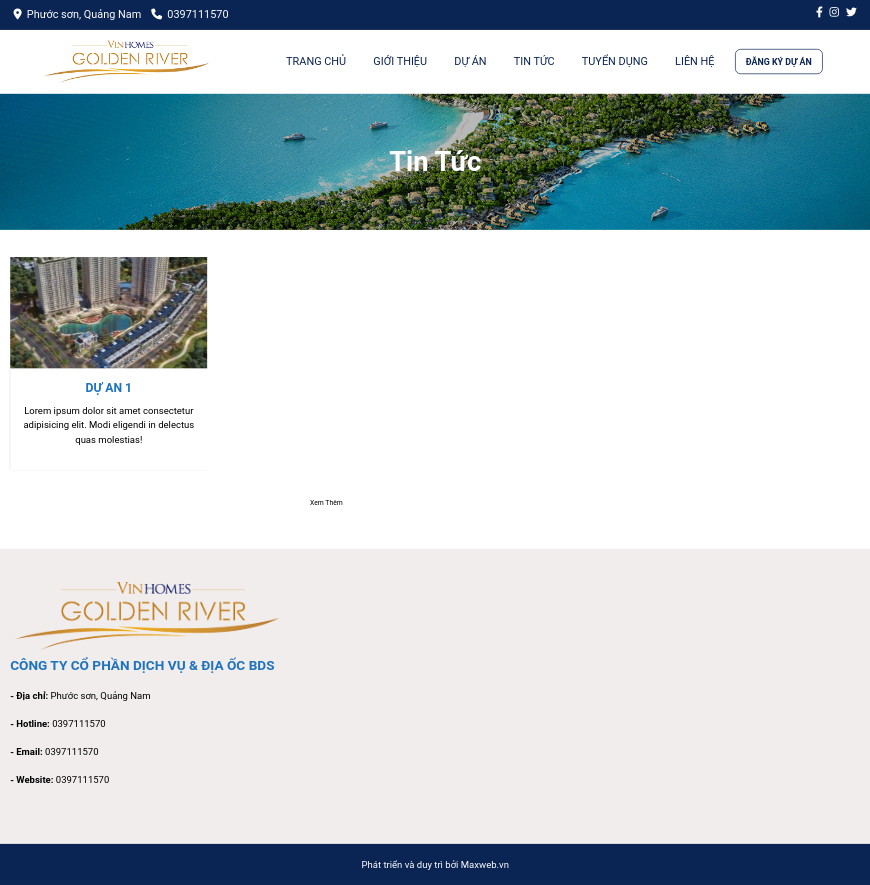
Repository: phamphuc2/fontend-bds
Page: category.html
The author's editor kept a copy of each file at every save. The page is drawn from the files as they stood at one save, then again after the next save.
The browser window is 1280 px wide. The pictures show the whole page, at 68% of full size.
Pictures or frames that could not be fetched are drawn as grey boxes. Some web libraries are served in a nearby version.

Above is the page before, as saved 2022-06-23 16:28:44.

After the next save:
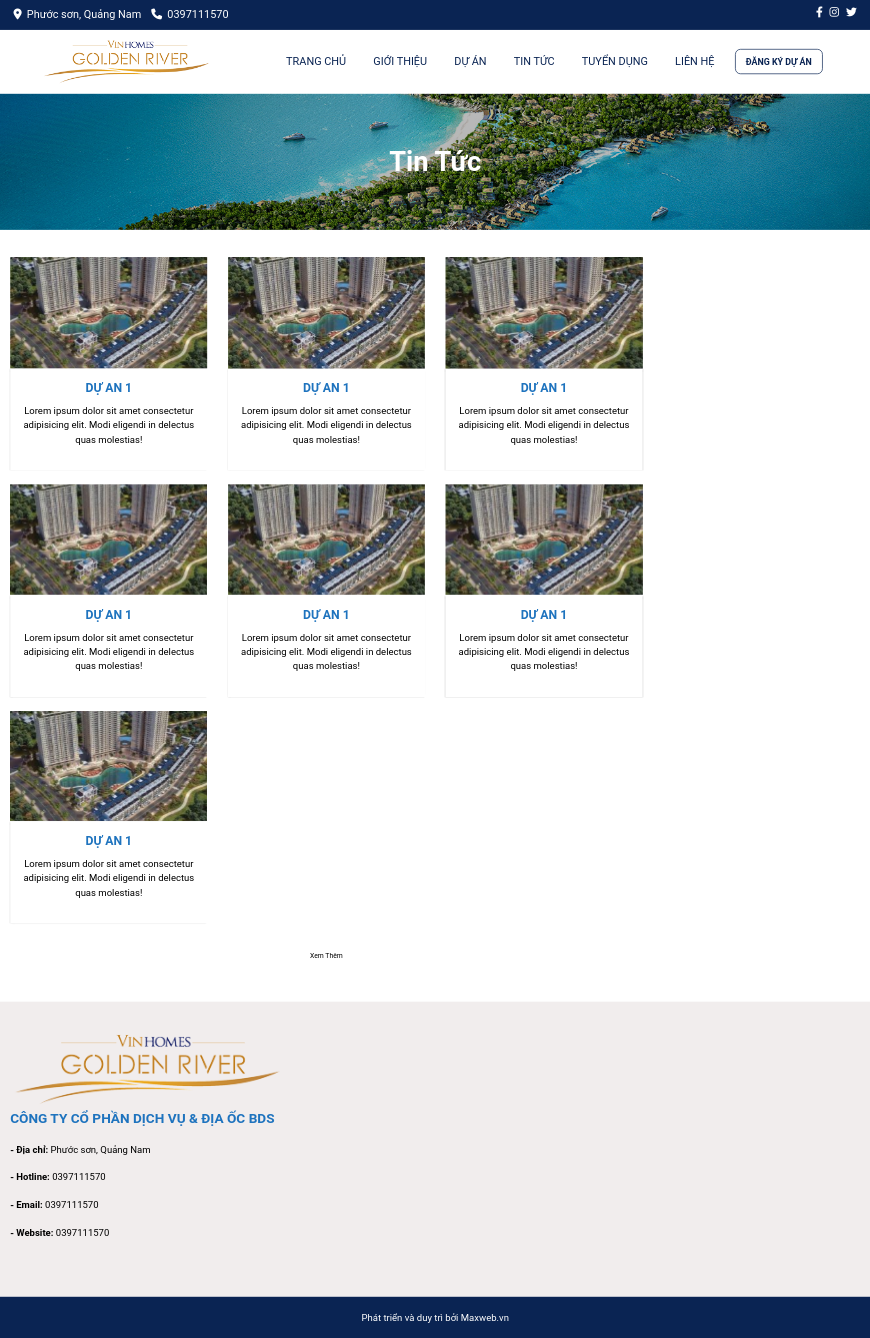
Saved 14 s later.
--- a/category.html
+++ b/category.html
@@ -216,6 +216,72 @@
                                 </div>
                             </a>
                         </div>
+                        <div class="col-lg-4">
+                            <a href="" class="box-item">
+                                <div class="img-wrap">
+                                    <img src="./assets/images/project1.jpg" alt="">
+                                </div>
+                                <div class="content">
+                                    <h2 class="title">DỰ AN 1</h2>
+                                    <p class="desc">Lorem ipsum dolor sit amet consectetur adipisicing elit. Modi eligendi in delectus quas molestias!</p>
+                                </div>
+                            </a>
+                        </div>
+                        <div class="col-lg-4">
+                            <a href="" class="box-item">
+                                <div class="img-wrap">
+                                    <img src="./assets/images/project1.jpg" alt="">
+                                </div>
+                                <div class="content">
+                                    <h2 class="title">DỰ AN 1</h2>
+                                    <p class="desc">Lorem ipsum dolor sit amet consectetur adipisicing elit. Modi eligendi in delectus quas molestias!</p>
+                                </div>
+                            </a>
+                        </div>
+                        <div class="col-lg-4">
+                            <a href="" class="box-item">
+                                <div class="img-wrap">
+                                    <img src="./assets/images/project1.jpg" alt="">
+                                </div>
+                                <div class="content">
+                                    <h2 class="title">DỰ AN 1</h2>
+                                    <p class="desc">Lorem ipsum dolor sit amet consectetur adipisicing elit. Modi eligendi in delectus quas molestias!</p>
+                                </div>
+                            </a>
+                        </div>
+                        <div class="col-lg-4">
+                            <a href="" class="box-item">
+                                <div class="img-wrap">
+                                    <img src="./assets/images/project1.jpg" alt="">
+                                </div>
+                                <div class="content">
+                                    <h2 class="title">DỰ AN 1</h2>
+                                    <p class="desc">Lorem ipsum dolor sit amet consectetur adipisicing elit. Modi eligendi in delectus quas molestias!</p>
+                                </div>
+                            </a>
+                        </div>
+                        <div class="col-lg-4">
+                            <a href="" class="box-item">
+                                <div class="img-wrap">
+                                    <img src="./assets/images/project1.jpg" alt="">
+                                </div>
+                                <div class="content">
+                                    <h2 class="title">DỰ AN 1</h2>
+                                    <p class="desc">Lorem ipsum dolor sit amet consectetur adipisicing elit. Modi eligendi in delectus quas molestias!</p>
+                                </div>
+                            </a>
+                        </div>
+                        <div class="col-lg-4">
+                            <a href="" class="box-item">
+                                <div class="img-wrap">
+                                    <img src="./assets/images/project1.jpg" alt="">
+                                </div>
+                                <div class="content">
+                                    <h2 class="title">DỰ AN 1</h2>
+                                    <p class="desc">Lorem ipsum dolor sit amet consectetur adipisicing elit. Modi eligendi in delectus quas molestias!</p>
+                                </div>
+                            </a>
+                        </div>
 
                         <div class="col-12">
                           <div class="btn-load-more">
